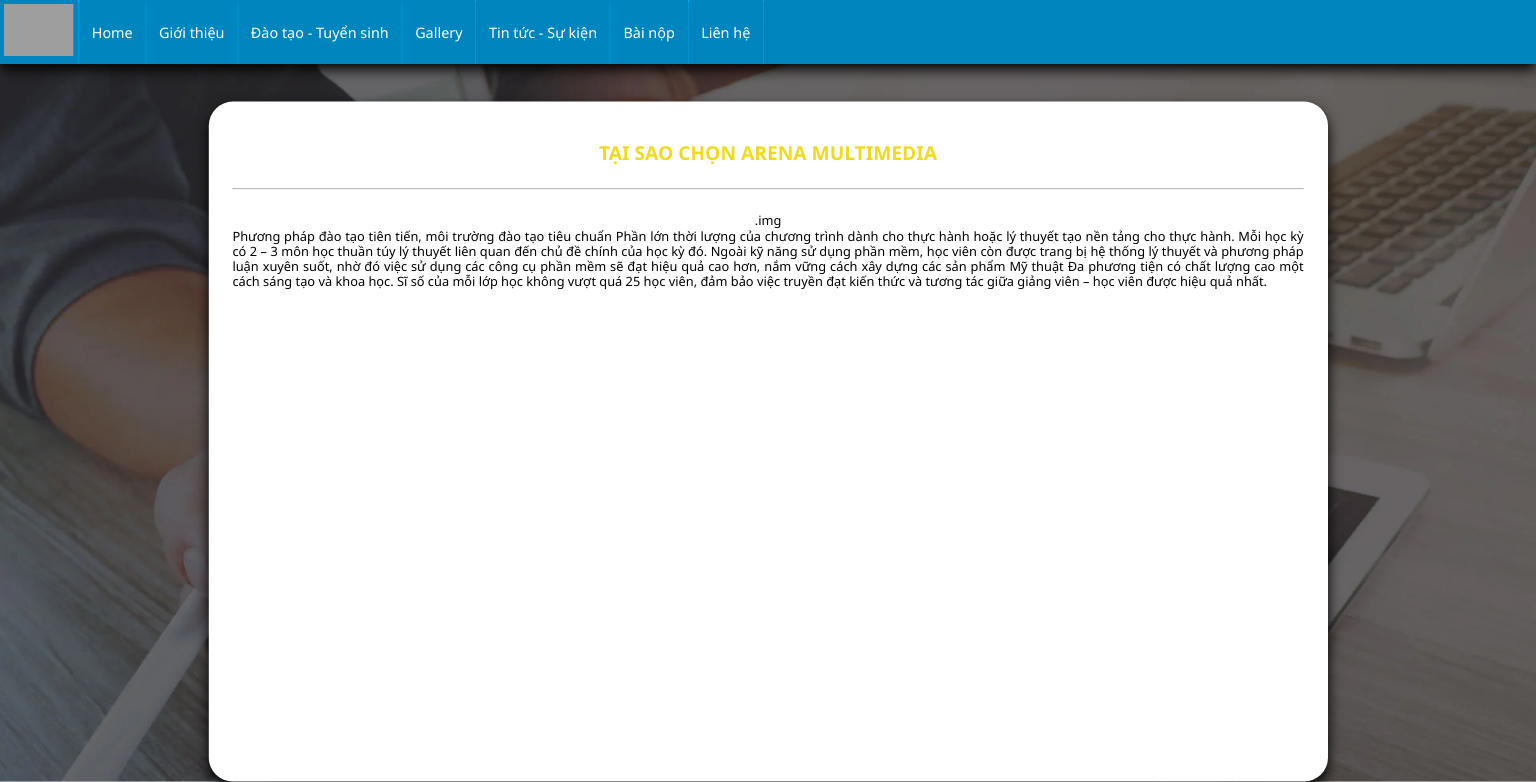
Repository: arena-dttan/dcw-final-exam-d2107m1
Page: final-list/DCW_Final_5_Nguyen-Thi-Thu-Huong_D2107M1/gioi-thieu.html
The author's editor kept a copy of each file at every save. The page is drawn from the files as they stood at one save, then again after the next save.
The browser window is 1280 px wide. The page is 1920 px wide, so the pictures cover 1920 px, including what lies to the right of the window. The pictures show the whole page, at 80% of full size.
Pictures or frames that could not be fetched are drawn as grey boxes.

Above is the page before, as saved 2022-06-26 15:05:31.

After the next save:
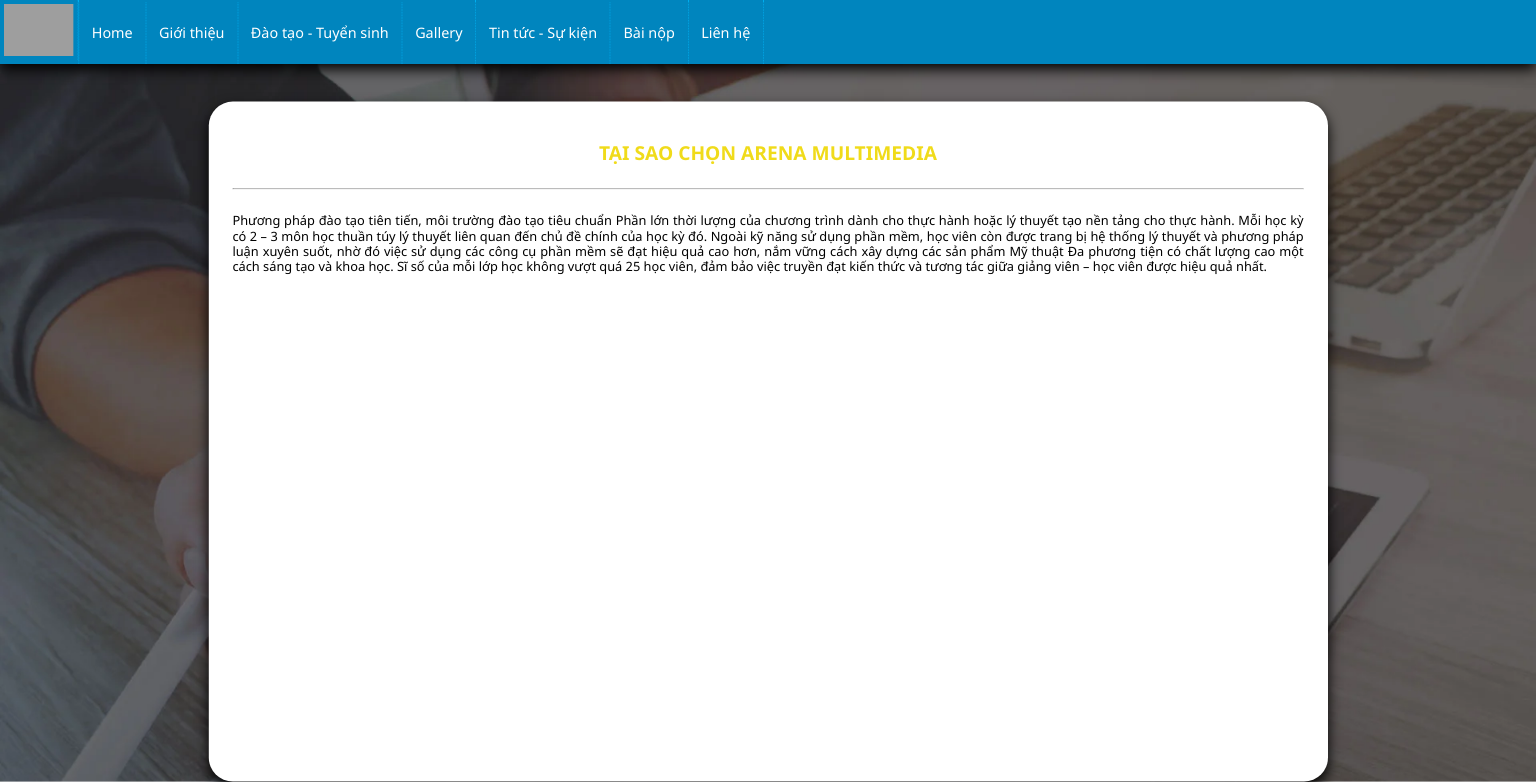
Saved 4 s later.
--- a/final-list/DCW_Final_5_Nguyen-Thi-Thu-Huong_D2107M1/gioi-thieu.html
+++ b/final-list/DCW_Final_5_Nguyen-Thi-Thu-Huong_D2107M1/gioi-thieu.html
@@ -65,7 +65,7 @@
                     <br>
                     <hr>
                     <br>
-                    .img
+                    <div class="img-test"></div>
                     <P>
                         Phương pháp đào tạo tiên tiến, môi trường đào tạo tiêu chuẩn
                         Phần lớn thời lượng của chương trình dành cho thực hành hoặc lý thuyết
